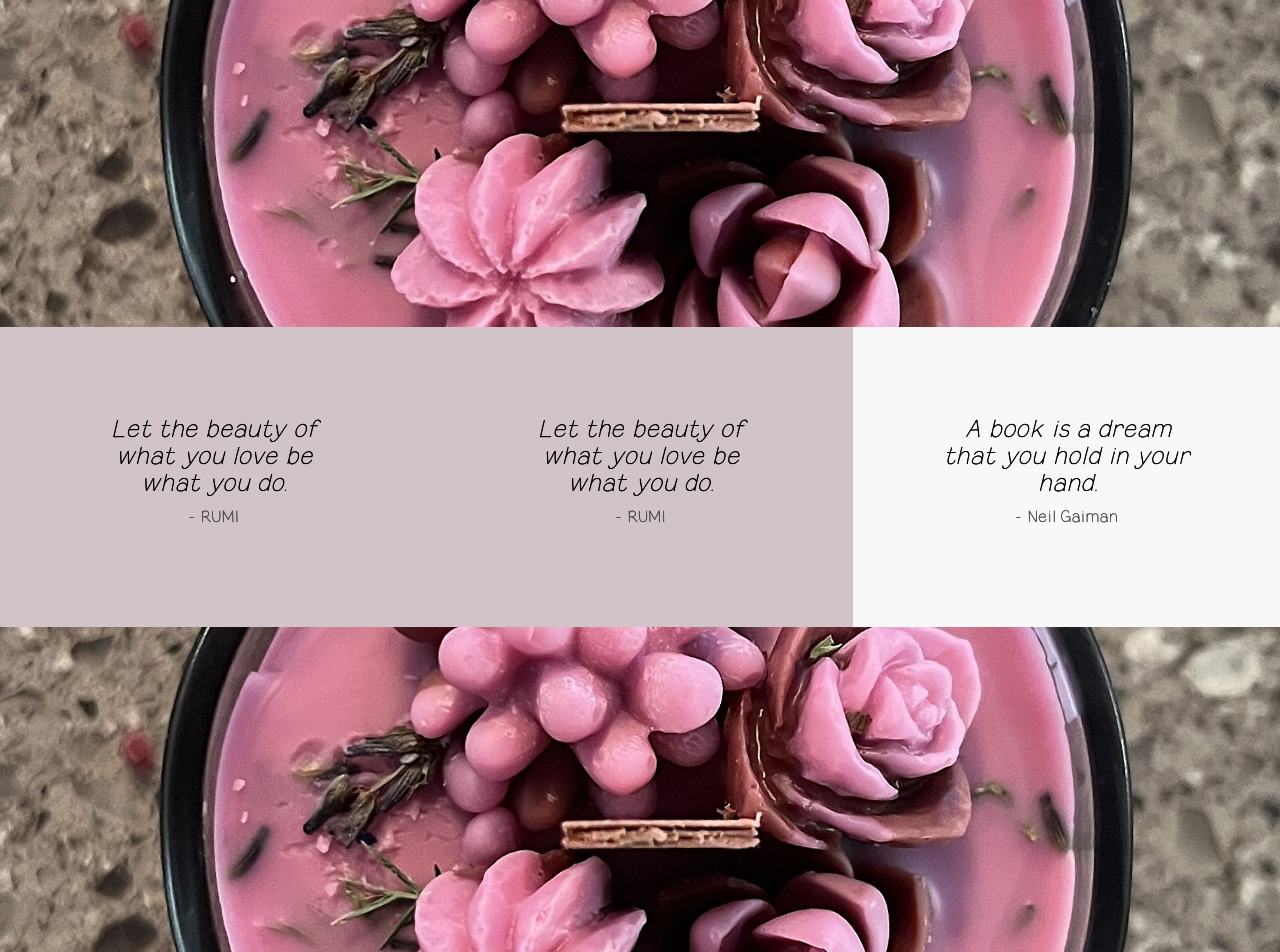
Repository: Brittany-Westlund/MART341-WebDesign
Page: WebDesignHomework/Assignment12/gallery.html
The author's editor kept a copy of each file at every save. The page is drawn from the files as they stood at one save, then again after the next save.
The browser window is 1280 px wide. The pictures show the part of the page from y = 725 to 1677 px (the page is 1828 px tall).
Some web fonts or font styles are not loaded; a fallback is used.

Above is the page before, as saved 2024-11-15 20:00:00.

### WebDesignHomework/Assignment12/gallery.html
<!DOCTYPE html>
<html lang="en">
<head>
    <meta charset="UTF-8">
    <meta name="viewport" content="width=device-width, initial-scale=1.0">
    <title>My Inspiration Board</title>
    <link rel="preconnect" href="https://fonts.googleapis.com">
    <link rel="preconnect" href="https://fonts.gstatic.com" crossorigin>
    <link href="https://fonts.googleapis.com/css2?family=Arvo:ital,wght@0,400;0,700;1,400;1,700&family=Khand:wght@300;400;500;600;700&display=swap" rel="stylesheet">
    <link rel="stylesheet" href="style/style.css">
</head>
<body>
    <nav>
        <ul>
            <li><a href="index.html">inspiration</a></li>
            <li><a href="gallery.html">gallery</a></li>
            <li><a href="about.html">about</a></li>
            <li><a href="contact.html">contact</a></li>
        </ul>
    </nav>

<!-- Full-width video section -->
<div>
    <video class="full-width-video" autoplay muted loop>
        <source src="videos/journaling-video.mp4" type="video/mp4">
        Your browser does not support the video tag.
    </video>
</div>

<!-- Two-column block section -->
    <div class="two-column-gallery">
        <div class="left-section">
            <blockquote>Let the beauty of what you love be what you do.</blockquote>
            <p id="quote-author">- RUMI</p>
        </div>
        <div class="right-section">
            <blockquote>A book is a dream that you hold in your hand.</blockquote>
            <p id="quote-author">- Neil Gaiman</p>
        </div>
    </div>

 <!-- Full-width image section -->
 <div>
    <img class="banner-image" src="images/succulent_candle_topview_banner.jpg">
</div>

<!-- Three-column block section -->
<div class="three-column-gallery">
    <div class="left-section">
        <blockquote>Let the beauty of what you love be what you do.</blockquote>
        <p id="quote-author">- RUMI</p>
    </div>
    <div class="left-section">
        <blockquote>Let the beauty of what you love be what you do.</blockquote>
        <p id="quote-author">- RUMI</p>
    </div>
    <div class="right-section">
        <blockquote>A book is a dream that you hold in your hand.</blockquote>
        <p id="quote-author">- Neil Gaiman</p>
    </div>
</div>

 <!-- Full-width image section -->
    <div>
        <img class="banner-image" src="images/succulent_candle_topview_banner.jpg">
    </div>

    <footer>
        &copy; 2024 My Inspiration Board
    </footer>
</body>
</html>

### WebDesignHomework/Assignment12/style/style.css
/* Reset default styles */
* {
    margin: 0;
    padding: 0;
    box-sizing: border-box;
}

@font-face {
    font-family: 'Kitten';
    src: url('fonts/Kitten.ttf') format('truetype');
    font-weight: normal;
    font-style: normal;
}


body {
    font-family: 'Kitten', sans-serif; /* Falls back to sans-serif if font fails to load */
    text-shadow: 0.25px 0.25px 0 #000; /* Creates a thin shadow outline */
    font-size: 1.05em; /* Slightly increase font size to give a bolder effect */
}

/* Navigation styling */
nav {
    background-color: #fefefe;
    padding: 10px;
    text-align: center;
    font-family: arvo,  sans-serif;
    letter-spacing: 2px;
    font-size: 13px;
}

nav ul {
    list-style-type: none;
    display: flex;
    justify-content: center;
    gap: 20px;
}

nav ul li a {
    color: #4f3d3d;
    text-decoration: none;
    transition: color 0.3s ease, transform 0.3s ease; /* Smooth transition for hover effects */
}

/* Hover effect */
nav ul li a:hover {
    color: #a8858e; /* Change color on hover */
    text-decoration: overline; /* Add overline on hover for cleaner look */
}

h1 {
    font-family: arvo, sans-serif;
    letter-spacing: 2px;
}

/* Dark gray banner styling */
.banner {
    height: 200px;
    background-color: #333;
    color: white;
    display: flex;
    align-items: center;
    justify-content: center;
    font-size: 3.3em;
    font-family: arvo;
    text-align: center;
    letter-spacing: 0.2em;
}

/* Banner image styling */
.banner-image {
    width: 100%;
    height: auto;
    display: block;
}

/* Two-column block styling */
.two-column-block {
    display: flex;
}

.two-column-block div {
    flex: 1;
    padding: 90px;
    text-align: center;
}

.two-column-gallery {
    display: flex;
}

.two-column-gallery div {
    flex: 1;
    height: 300px;
    padding: 90px;
    text-align: center;
}

.three-column-gallery {
    display: flex;
}

.three-column-gallery div {
    flex: 1;
    height: 300px;
    padding: 90px;
    text-align: center;
}

.left-section {
    background-color: #d1c4c9;
}

.right-section {
    background-color: #f8f8f8;
}

.about-section {
    max-width: 800px; /* Limits the width for readability */
    margin: 0 auto; /* Centers the section horizontally */
    padding: 20px; /* Adds space inside the section */
    text-align: center; /* Centers the text */
    line-height: 1.6; /* Improves readability */
}

/* Styling for blockquote and author */
blockquote {
    font-size: 1.5em;
    font-style: italic;
    margin-bottom: 10px;
}

#quote-author {
    font-size: 1em;
    color: #555;
    margin-top: 5px;
}

/* Full-width video styling */
.full-width-video {
    width: 100%;
    height: 300px;
    object-fit: cover;
    display: block;
}

/* Footer styling */
footer {
    background-color: #333;
    color: white;
    text-align: center;
    padding: 20px;
}

After the next save:
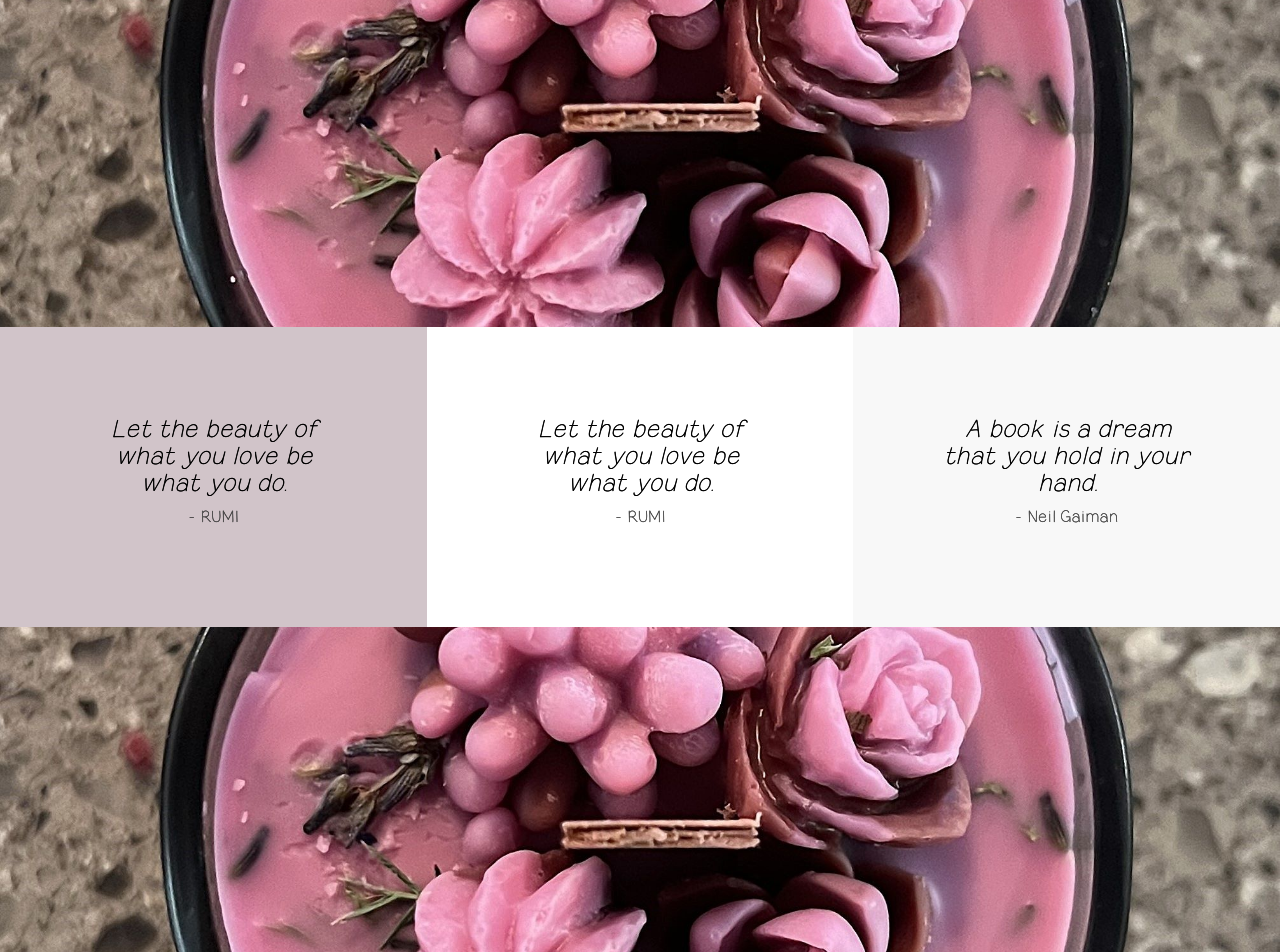
Saved 66 s later.
--- a/WebDesignHomework/Assignment12/gallery.html
+++ b/WebDesignHomework/Assignment12/gallery.html
@@ -50,7 +50,7 @@
         <blockquote>Let the beauty of what you love be what you do.</blockquote>
         <p id="quote-author">- RUMI</p>
     </div>
-    <div class="left-section">
+    <div class="middle-section">
         <blockquote>Let the beauty of what you love be what you do.</blockquote>
         <p id="quote-author">- RUMI</p>
     </div>

After the save that followed:
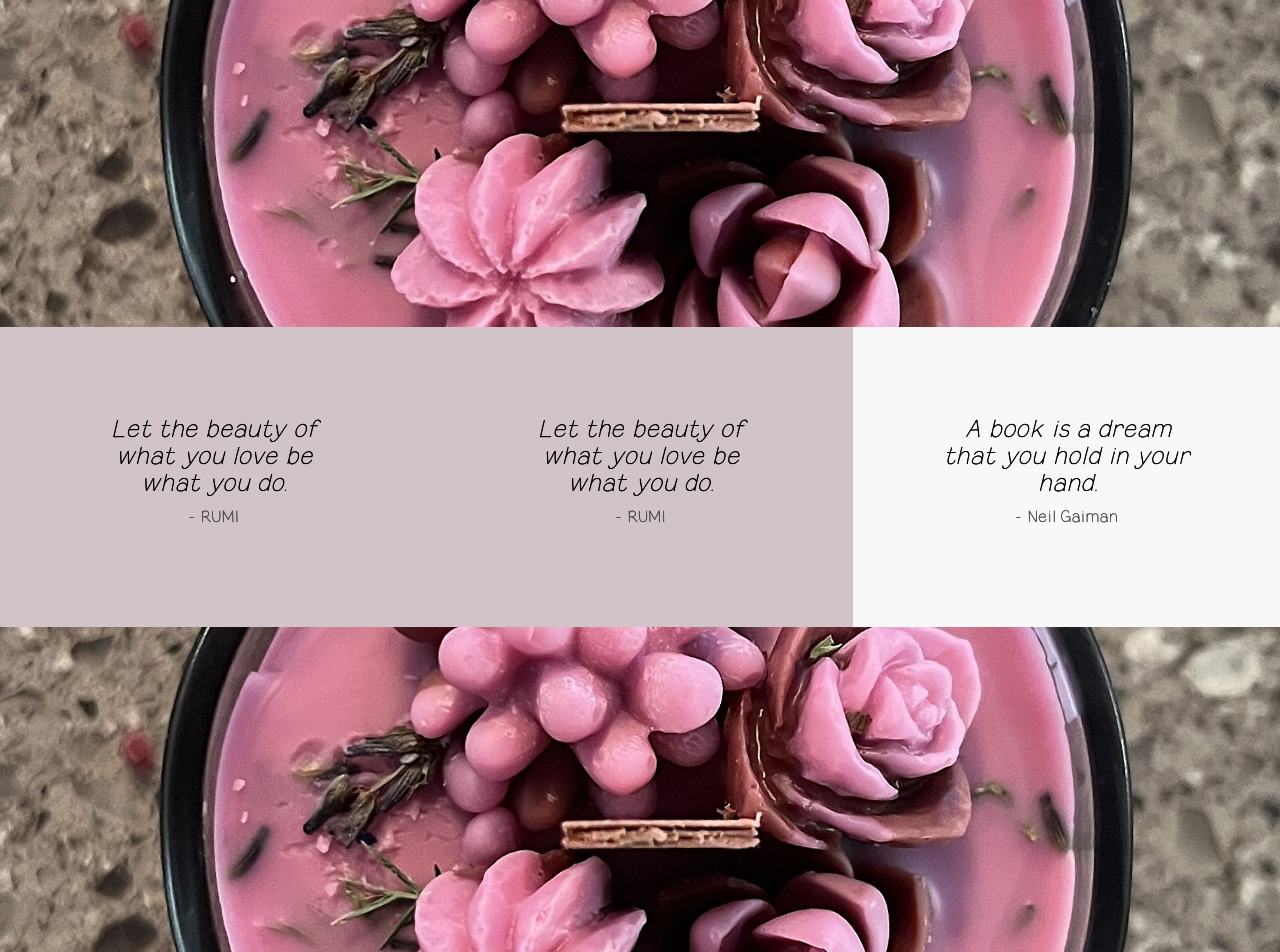
Saved 22 s later.
--- a/WebDesignHomework/Assignment12/style/style.css
+++ b/WebDesignHomework/Assignment12/style/style.css
@@ -111,6 +111,10 @@ h1 {
     background-color: #d1c4c9;
 }
 
+.middle-section {
+    background-color: #d1c4c9;
+}
+
 .right-section {
     background-color: #f8f8f8;
 }
